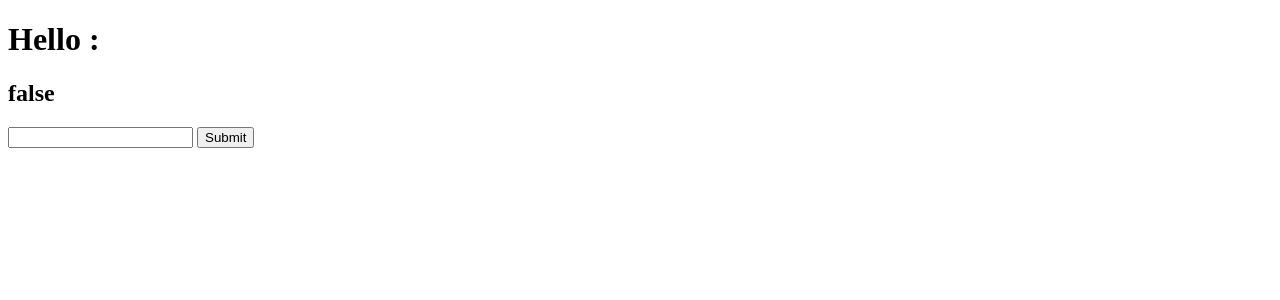
Repository: imrangthub/BlogUsingCoreJava
Page: http://localhost/StartingJsp_00/ExpressionLanguageOfJsp/templateText.jsp
These files come from the project's save history. The page is drawn as it stood at one moment and after the next save; the edit follows.
The browser window is 1280 px wide. The pictures show the whole page.
The page is served by Tomcat 9.

Above is the page before, as saved 2016-12-26 10:44:05.

### StartingJsp_00/WebContent/ExpressionLanguageOfJsp/templateText.jsp
<%@ page language="java" contentType="text/html; charset=ISO-8859-1"
    pageEncoding="ISO-8859-1"%>
<!DOCTYPE html PUBLIC "-//W3C//DTD HTML 4.01 Transitional//EN" "http://www.w3.org/TR/html4/loose.dtd">
<html>
<head>
<meta http-equiv="Content-Type" content="text/html; charset=ISO-8859-1">
<title>Template Text</title>
</head>
<body>



<h1  style="background-color:${(!empty param.userName)} ">Hello : ${param['userName'] }</h1>

<h2>${!empty param.userName}</h2>

<form action="templateText.jsp" method="post">

<input type="text" name="userName"/>
<input type="submit"/>

</form>




</body>
</html>

After the next save:
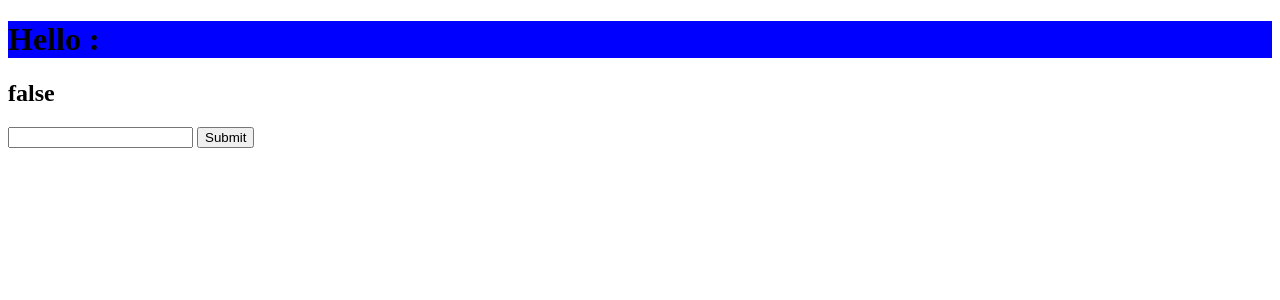
Saved 55 s later.
--- a/StartingJsp_00/WebContent/ExpressionLanguageOfJsp/templateText.jsp
+++ b/StartingJsp_00/WebContent/ExpressionLanguageOfJsp/templateText.jsp
@@ -10,7 +10,7 @@
 
 
 
-<h1  style="background-color:${(!empty param.userName)} ">Hello : ${param['userName'] }</h1>
+<h1  style="background-color:${(!empty param.userName)? "Red;" : "blue;"} ">Hello : ${param['userName'] }</h1>
 
 <h2>${!empty param.userName}</h2>
 
